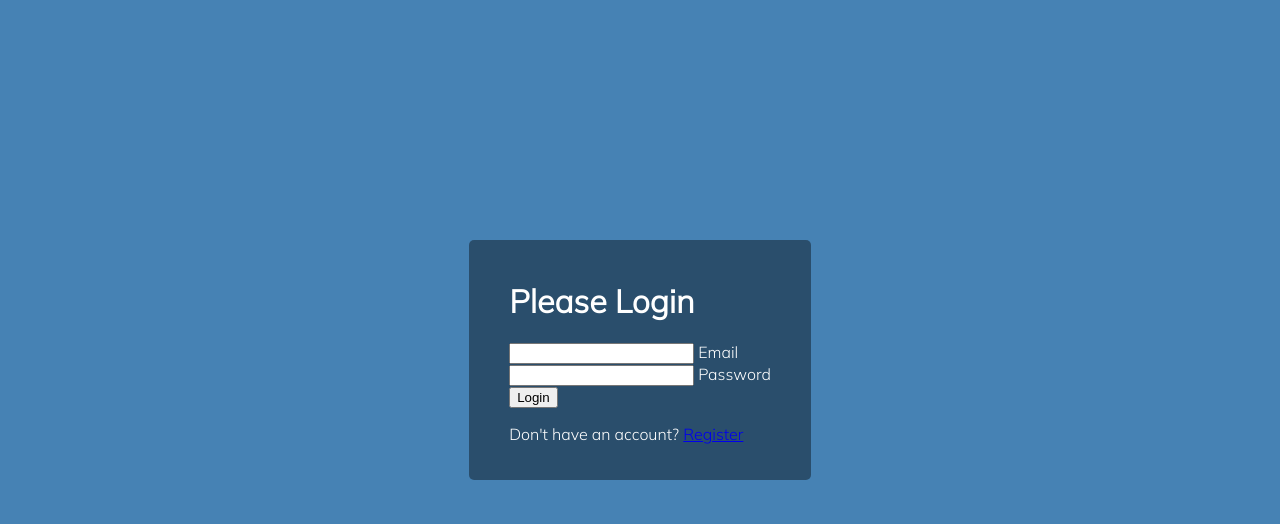
Repository: Berkan71/js-example-little-projects
Page: form-input-wave/index.html
An editor plug-in stored every save of this project. The page is shown before and after the next save, followed by the edit.
The browser window is 1280 px wide. The pictures show the whole page.

Above is the page before, as saved 2022-07-27 21:24:15.

### form-input-wave/index.html
<!DOCTYPE html>
<html lang="en">
<head>
    <meta charset="UTF-8">
    <meta http-equiv="X-UA-Compatible" content="IE=edge">
    <meta name="viewport" content="width=device-width, initial-scale=1.0">

    <link rel="stylesheet" href="style.css">
    <title>Form Input Wave</title>
</head>
<body>
    <div class="container">
        <h1>Please Login</h1>
        <form>
            <div class="form-control">
                <input type="text" required>
                <label>Email</label>
            </div>
            <div class="form-control">
                <input type="password" required>
                <label>Password</label>
            </div>

            <button class="btn">Login</button>

            <p class="text">Don't have an account? <a href="#">Register</a></p>
        </form>
    </div>

    <script src="script.js"></script>
</body>
</html>

### form-input-wave/style.css
@import url('https://fonts.googleapis.com/css2?family=Mulish:wght@300&display=swap');

* {
    box-sizing: border-box;
}

body {
    background-color: steelblue;
    color: #fff;
    font-family: 'Mulish', sans-serif;
    display: flex;
    flex-direction: column;
    align-items: center;
    justify-content: center;
    height: 100vh;
    overflow: hidden;
    margin: 0;
}

.container {
    background-color: rgba(0, 0, 0, 0.4);
    padding: 20px 40px;
    border-radius: 5px;
}

Loaded but not shown: form-input-wave/script.js (no stored copy; drawn as an empty file)

After the next save:
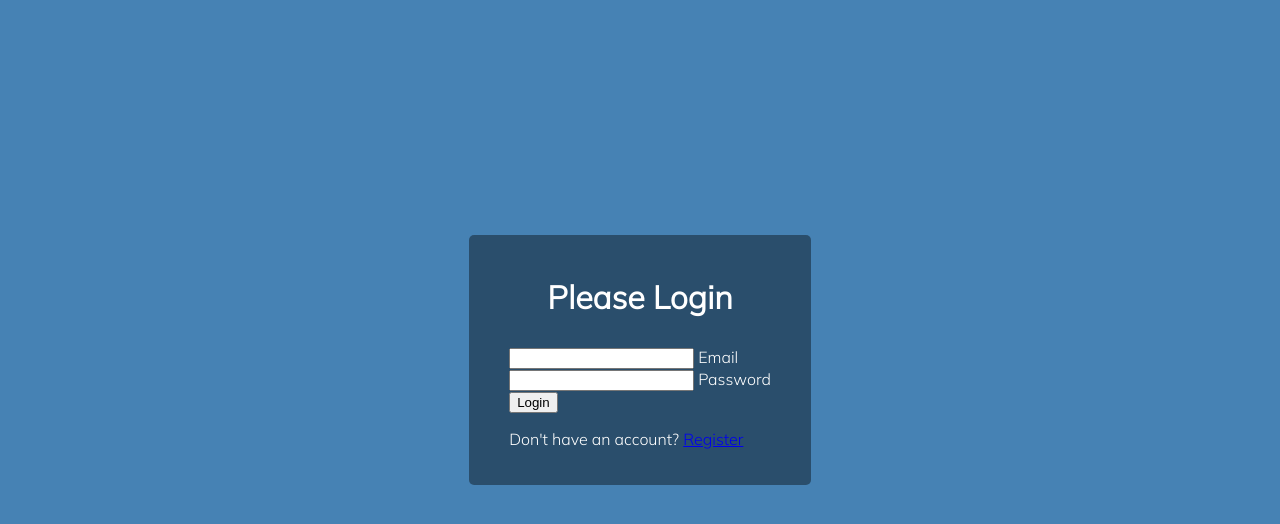
Saved 18 s later.
--- a/form-input-wave/style.css
+++ b/form-input-wave/style.css
@@ -22,3 +22,8 @@ body {
     padding: 20px 40px;
     border-radius: 5px;
 }
+
+.container h1 {
+    text-align: center;
+    margin-bottom: 30px;
+}
